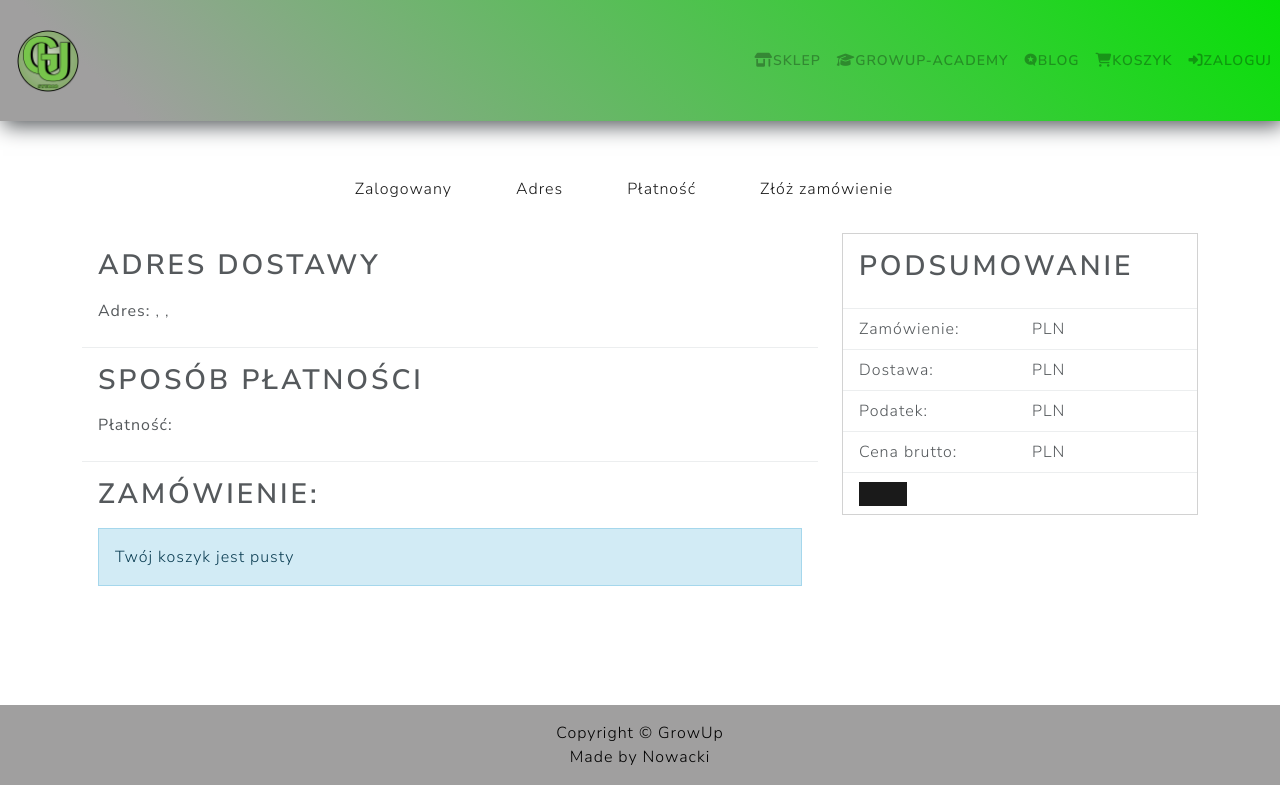
Repository: Nowacki97PL/GrowUpFullStack
Page: /placeorder (app in grow-up-fe/)
An editor plug-in stored every save of this project. The page is shown before and after the next save, followed by the edit.
The browser window is 1280 px wide. The pictures show the whole page.
The project was rebuilt for these pictures with package versions that can differ from the ones it lists, and the page was loaded fresh each time. Also part of the build but not shown: grow-up-fe/src/components/Rating.js, grow-up-fe/src/components/Product.js, grow-up-fe/src/components/Loader.js, grow-up-fe/src/actions/productActions.js, grow-up-fe/src/screens/ShopScreen.js, grow-up-fe/src/screens/ProductScreen.js, grow-up-fe/src/screens/HomeScreen.js, grow-up-fe/src/actions/cartActions.js and 7 more.

Above is the page before, as saved 2024-02-24 18:01:18.

After the next save:
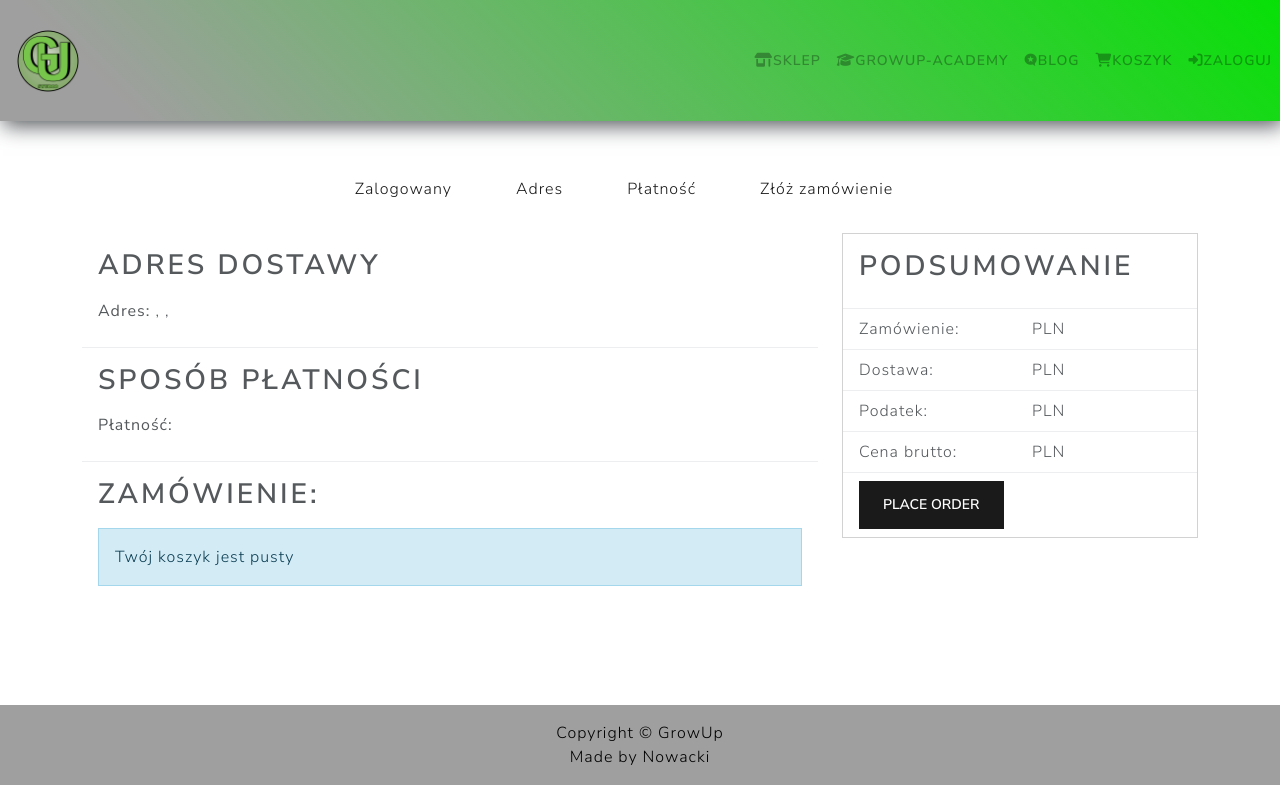
Saved 4 s later.
--- a/grow-up-fe/src/screens/PlaceOrderScreen.js
+++ b/grow-up-fe/src/screens/PlaceOrderScreen.js
@@ -98,7 +98,7 @@ function PlaceOrderScreen() {
 
                             <ListGroup.Item>
                                 <Button>
-
+                                    Place Order
                                 </Button>
                             </ListGroup.Item>
                         </ListGroup>
